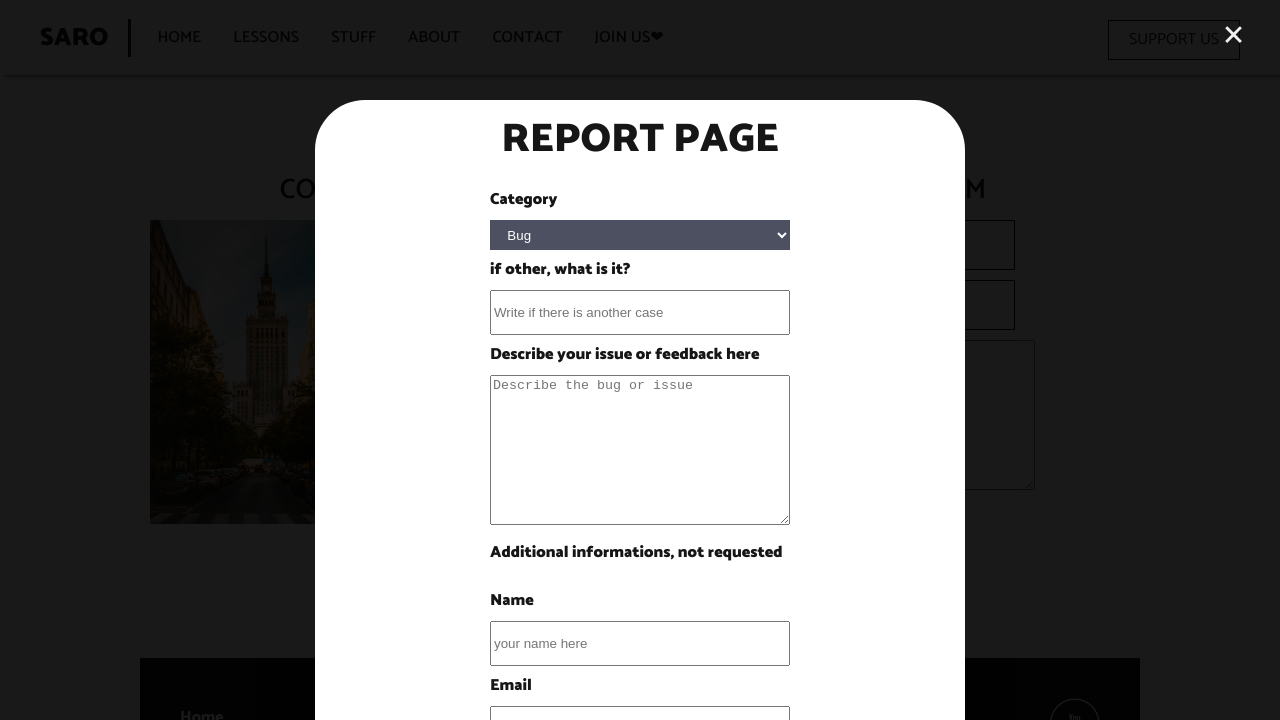
Repository: michalskirobert/SARO
Page: contact.html
The author's editor kept a copy of each file at every save. The page is drawn from the files as they stood at one save, then again after the next save.
The browser window is 1280 px wide. The pictures show the window.
Empty fields were first filled with sample values (such as "Sample", 5 or name@example.com).
After loading, the first visible `button.report` was clicked once.
A layer covers the whole window, so only the first screen is drawn. An inner scrolling area shows only its first screen.

Above is the page before, as saved 2020-10-30 14:08:52.

### contact.html
<!DOCTYPE html>
<html lang="en">

<head>
    <meta charset="UTF-8">
    <meta name="description"
        content="We are SARO. We offer free Polish lessons! This project was created as a result of a desire to help people, teaching the Polish language and share our culture and curiosities">
    <meta name="keywords"
        content="Polish lessons, Polish lessons online, online, lessons online, Polish online, free Polish lessons, polish lessons, Polska, polskie lekcje, lekcje języka polskiego, przepisy, recipes, recipe, polish foods recipe, recipes of Polish foods, żurek, naleśniki, gołąbki, żurek recipe, naleśniki recipe, gołąbki recipe, Polish cabbage rolls recipe, Polish free lessons, how to learn Polish, where to learn Polish, przypadki, polish declensions, how to make Polish words, how to make Polish sentences, SARO, SARO Polish lessons for free, SARO Polish, saro Polish lessons, Polish, Poland, Polska, polski, język polski, Polish hangman, saro, course, online, courses, english, japanese, Polish, Polish lessons, Polish curiosities, Polish tradition, Saro Polish langauge lessons online, Polish grammar, Polish media, Polish movies, Polish music, Polish foods, Polish food, pierogi, naleśniki, the best website for studying Polish, Polish lessons, Polish dictionary, Saro, Sa, Ro, Saki, Robert, Polish pronunciation, how to speak Polish, Warszawa, Warsaw, Wrocław, Wroclaw, Gdańsk, Polish cases, przypadki, Polish ortography, Polish culture, Polish traditions">
    <meta name="author" content="Robert Michalski">
    <meta name="viewport" content="width=device-width, initial-scale=1.0">
    <meta property="og:site_name" content="Saro.Website with free Polish lessons" />
    <meta property="og:url" content="www.saro.website" />
    <meta property="og:type" content="website" />
    <meta name="title" property="og:title" content="Saro.Website with free Polish lessons" />
    <meta name="image" property="og:image" content="https://saro.website/assets/img/bg/header-banner.jpg" />
    <meta property="og:image:type" content="image/png">
    <meta property="og:image:width" content="1024">
    <meta property="og:image:height" content="1024">
    <script defer src="https://saro.website/assets/js/cookie.js"></script>
    <script data-ad-client="ca-pub-5704095251892500" defer
        src="https://pagead2.googlesyndication.com/pagead/js/adsbygoogle.js"></script>
    <link rel="stylesheet" href="./assets/style/css/style.css">
    <title>Welcome to SARO - Contact</title>
</head>

<body>
    <header>
        <a href="index.html" class="header-brand">SARO</a>
        <nav>
            <button class="hamburger" aria-expanded="false">
                <div class="bar"></div>
                <div class="bar"></div>
                <div class="bar"></div>
            </button>
            <ul class="nav__desktop">
                <li><a class="nav" href="./index.html">Home</a></li>
                <li><a class="nav" href="./lessons.html">Lessons</a></li>
                <li><a class="nav" href="./stuff/index.html">Stuff</a></li>
                <li><a class="nav" href="./about.html">About</a></li>
                <li><a class="nav" href="./contact.html">Contact</a></li>
                <li><a class="nav" href="./join/">Join us❤</a></li>
            </ul>
            <a href="support_us.html" class="header-cases">Support us</a>
        </nav>
        <ul class="nav-list">
            <li><a href="index.html" class="header-brand--after">SARO</a></li>
            <li><a class="nav-links" href="./index.html">Home</a></li>
            <li><a class="nav-links" href="./lessons.html">Lessons</a></li>
            <li><a class="nav-links" href="./stuff/index.html">Stuff</a></li>
            <li><a class="nav-links" href="./about.html">About</a></li>
            <li><a class="nav-links" href="./contact.html">Contact</a></li>
            <li><a class="nav-links" href="./join/">Join us❤</a></li>
            <li><a class="nav-links" href="./support_us.html">Support us❤</a></li>
        </ul>
        <script src="./assets/js/menu.js"></script>
    </header>
    <main>
        <section class="contact">
            <div class="wrapper">
                <h1>Contact</h1>
                <div class="contact__container">
                    <div class="contact__box contact__box--item">
                        <div class="contact__box">
                            <h2>Contact center</h2>
                            <img class="image-left__center" src="./assets/img/embl/warsaw_pkin.jpg" alt="Contact SARO">
                            <p>You can contact us anytime you want! We will try our best to replay to you as fast as
                                possible.</p>
                            <p>The waiting time shoudln't be longer than 48 hours. You can use Japanese, Korean, English
                                or
                                even Polish or you can write to us by your own <a
                                    href="mailto:contact@saro.website">contact@saro.website</a></p>
                        </div>
                    </div>
                    <div class="contact__box contact__box--item">
                        <div class="contact__box">
                            <h2>Contact form</h2>
                            <form method="post">
                                <input type="text" name="language" id="language" value="en" style="display: none;">
                                <input type="text" name="name" id="name" class="form-control"
                                    placeholder=" Enter here your name..." required>
                                <p id="nameValid"></p>
                                <input type="email" name="email" id="email" class="form-control"
                                    placeholder=" Enter your e-mail here.." required>
                                <p id="emailValid"></p>
                                <textarea name="message" id="message" placeholder=" Enter your message here..." row="10"
                                    required></textarea>
                                <p id="msgValid"></p>
                                <div class="g-recaptcha" data-sitekey="6LePq8oZAAAAADzsXuOoCMldDwNQAVSSZPkOCebE"></div>
                                <p id="ajaxResponseSuccess" role="alert">
                                </p>
                                <p id="ajaxResponseFail" role="alert">
                                </p>
                                <button type="button" onclick="sendMail()" class="form__button">Send
                                    message</button>
                            </form>
                        </div>
                    </div>
                    <div class="reportButton">
                        <button class="report" onclick="report()">report</button>
                    </div>
                </div>
            </div>
            <script src="./assets/js/mail.js"></script>
            <div id="reportWindow"></div>
            <script src="./assets/js/report.js"></script>
        </section>
    </main>
    <div class="wrapper">
        <footer>
            <ul>
                <li><a href="../index.html">Home</a></li>
                <li><a href="../lessons.html">Lessons</a></li>
                <li><a href="./stuff/">Stuff</a></li>
                <li><a href="../about.html">About</a></li>
                <li><a href="../contact.html">Contact</a></li>
                <li><a href="../support_us.html">Support us</a></li>
                <li><a href="../join/">Join us❤</a></li>
            </ul>
            <div class="footer-links-cases">
                <label for="language" class="language">Language:</label><br>
                <div class="custom-select">
                    <select id="language" onchange="window.location=this.options[this.selectedIndex].value">
                        <option value="" disabled selected>English</option>
                        <option value="https://saro.website/jp/contact.html">日本語</option>
                        <option value="https://saro.website/kr/contact.html">한국어</option>
                        <option value="https://saro.website/ch/contact.html">中文</option>
                        <option value="https://saro.website/vi/contact.html">Tiếng Việt</option>
                    </select>
                    <span class="custom-arrow"></span>
                </div>
            </div>
            <div class="footer-sm">
                <a href="https://www.youtube.com/channel/UCfmBNdamq_Z70lFx-m4wpWA" target="_blank"><img
                        src="./assets/img/icons/YouTube1.png" alt="YouTube icon"></a>
                <a href="https://www.instagram.com/sarowebsite/" target="_blank"><img
                        src="./assets/img/icons/Instagram.png" alt="Instagram icon"></a>
                <a href="https://www.facebook.com/SARO-Free-Polish-Lessons-106067287815397" target="_blank"><img
                        src="./assets/img/icons/Facebook.png" alt="Facebook icon"></a>
            </div>
        </footer>
        <script src="https://www.google.com/recaptcha/api.js?onload=onloadCallback&render=explicit" async
            defer></script>
    </div>
</body>
<script src="https://www.google.com/recaptcha/api.js" async defer></script>

</html>

### assets/js/report.js
//reportJS by Robert Michalski

function report() {
  var reportWindow = document.getElementById("reportWindow");
  var pageName = window.location.pathname;
  var language = document.getElementsByTagName("html");

  for (var i = 0; i < language.length; i++) {

 if(language[i].lang === "en"){

  var codeBlock = `
    <div class="report__base" id="myReport">
    <span id="close" onclick="showOld()">&times;</span>
    <div class="report__content" id="report01">
    <h3>Report page</h3>
    <form method="post" action="https://saro.website/report.php" class="report__form">
    <input name="language" id="language" value="${language[i].lang}" style="display: none;">
    <input name="page" id="page" value="${pageName}" style="display: none;">
    <input name="lang" id="lang" value="English" style="display: none;">
    <label for="category">Category</label>
    <select name="category" id="category" required>
    <option value="Bug">Bug</option>
    <option value="Page does not work">Page does not work</option>
    <option value="Problem with displying">Page displays incorrectly</option>
    <option value="other">Other</option></select>
    <label for="other">if other, what is it?</label>
    <input type="text" name="other" id="other" class="issue" placeholder="Write if there is another case">
    <label for="describe">Describe your issue or feedback here</label>
    <textarea name="describe" id="describe" cols="30" rows="10" placeholder="Describe the bug or issue" required></textarea>
    <br>
    <b>Additional informations, not requested</b> <br>
    <div class="form__label__left">
    <label for="name">Name</label>
    <input type="text" name="name" id="name" class="issue" placeholder="your name here">
    <label for="name">Email</label>
    <input type="email" name="email" id="email" class="issue" placeholder="your e-mail here">
    <input type="submit" class="button__black" value="Send">
    </form>
    </div>
    </div>
    </div>`;
  }else if(language[i].lang === "ja"){

    var codeBlock = `
    <div class="report__base" id="myReport">
    <span id="close" onclick="showOld()">&times;</span>
    <div class="report__content" id="report01">
    <h3>レポート</h3>
    <form method="post" action="https://saro.website/report.php" class="report__form">
    <input name="language" id="language" value="${language[i].lang}" style="display: none;">
    <input name="page" id="page" value="${pageName}" style="display: none;">
    <input name="lang" id="lang" value="Japanese" style="display: none;">
    <label for="category">カテゴリー</label>
    <select name="category" id="category" required>
    <option value="Bug">バグ</option>
    <option value="Page does not work">ページがうまく動かない</option>
    <option value="Problem with displying">指定したページが一致しな</option>
    <option value="other">その他</option></select>
    <label for="other">「その他」を選んだ方は、内容をご記入下さい?</label>
    <input type="text" name="other" id="other" class="issue">
    <label for="describe">発生している状況やフィードバックをご記入下さい</label>
    <textarea name="describe" id="describe" cols="30" rows="10" required></textarea>
    <br>
    <b>以下の内容をご記入下さい。(任意)</b> <br>
    <div class="form__label__left">
    <label for="name">お名前</label>
    <input type="text" name="name" id="name" class="issue">
    <label for="name">メールアドレス</label>
    <input type="email" name="email" id="email" class="issue">
    <input type="submit" class="button__black" value="送信">
    </form>
    </div>
    </div>
    </div>`;
  }
  reportWindow.innerHTML = codeBlock;
}
}

function showOld() {
  document.getElementById("myReport").style.display = "none";
}

Loaded but not shown: assets/js/mail.js (120 lines, source omitted); assets/style/css/style.css (4313 lines, source omitted); assets/js/menu.js (no copy from this time; the picture is the same without it)

After the next save:
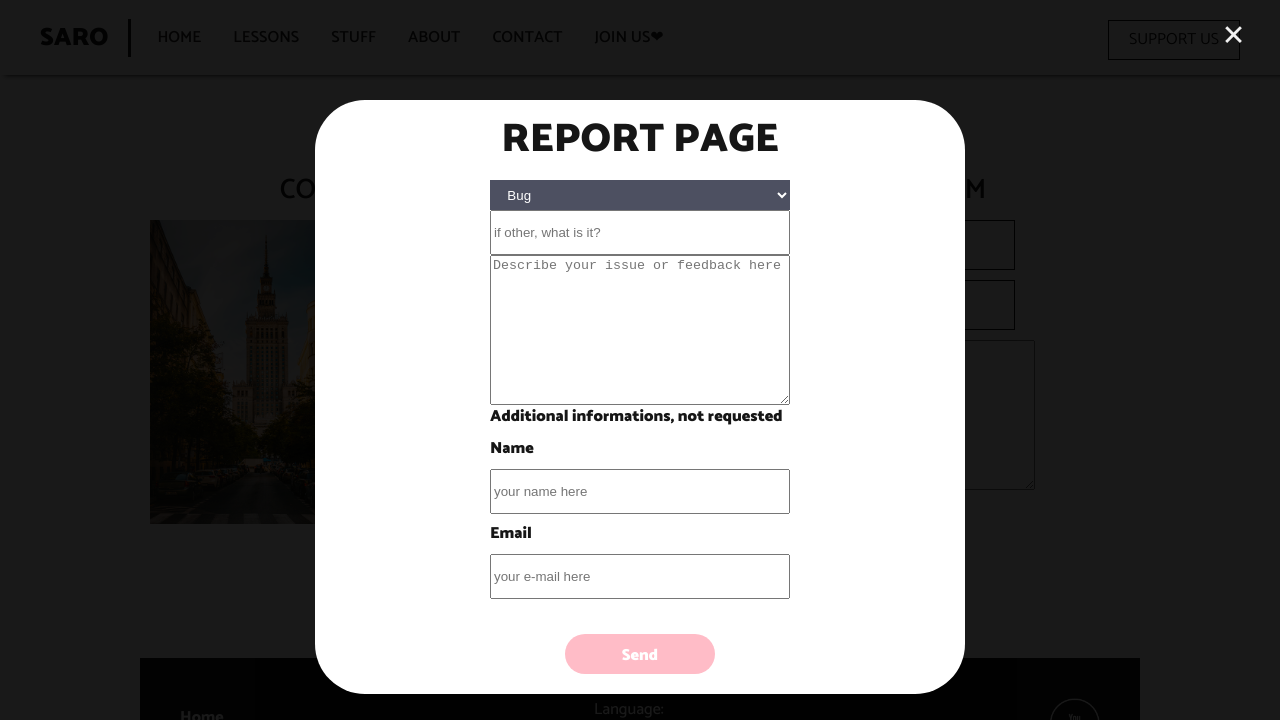
Saved 113 s later.
--- a/assets/js/report.js
+++ b/assets/js/report.js
@@ -18,18 +18,14 @@ function report() {
     <input name="language" id="language" value="${language[i].lang}" style="display: none;">
     <input name="page" id="page" value="${pageName}" style="display: none;">
     <input name="lang" id="lang" value="English" style="display: none;">
-    <label for="category">Category</label>
     <select name="category" id="category" required>
     <option value="Bug">Bug</option>
     <option value="Page does not work">Page does not work</option>
     <option value="Problem with displying">Page displays incorrectly</option>
     <option value="other">Other</option></select>
-    <label for="other">if other, what is it?</label>
-    <input type="text" name="other" id="other" class="issue" placeholder="Write if there is another case">
-    <label for="describe">Describe your issue or feedback here</label>
-    <textarea name="describe" id="describe" cols="30" rows="10" placeholder="Describe the bug or issue" required></textarea>
-    <br>
-    <b>Additional informations, not requested</b> <br>
+    <input type="text" name="other" id="other" class="issue" placeholder="if other, what is it?">
+    <textarea name="describe" id="describe" cols="30" rows="10" placeholder="Describe your issue or feedback here" required></textarea>
+    <b>Additional informations, not requested</b>
     <div class="form__label__left">
     <label for="name">Name</label>
     <input type="text" name="name" id="name" class="issue" placeholder="your name here">
